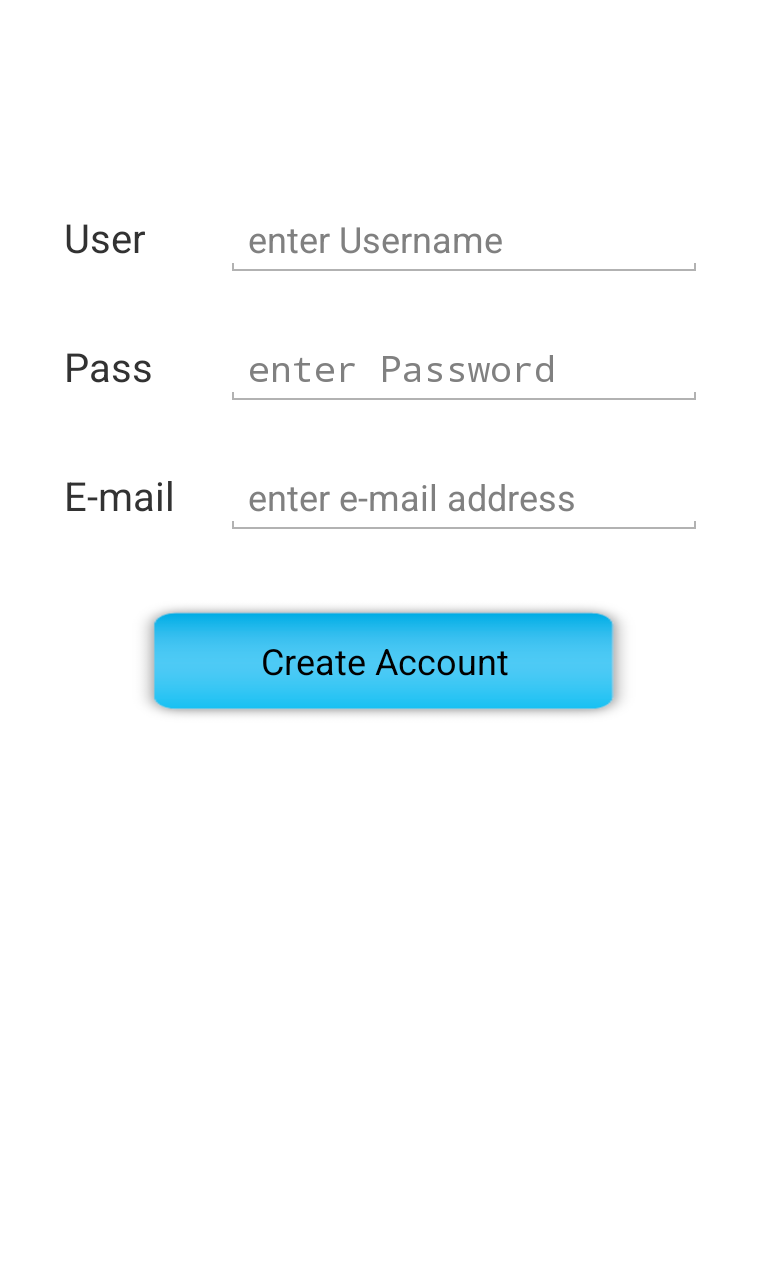
Repository: frebblegameteam/FrebbleApp
Layout: Frebble/res/layout/activity_sign_up.xml
An editor plug-in stored every save of this project. The layout is shown before and after the next save, followed by the edit.
It is drawn on a 768 x 1280 px phone screen (xhdpi) without system bars, with theme FrebbleABTheme; the app's code is not run.

Above is the layout before, as saved 2014-10-08 14:20:30.

### Frebble/res/layout/activity_sign_up.xml
<RelativeLayout
     xmlns:android="http://schemas.android.com/apk/res/android"
    xmlns:tools="http://schemas.android.com/tools"
    android:layout_width="match_parent"
    android:layout_height="match_parent">

    <RelativeLayout
        android:layout_width="wrap_content"
        android:layout_height="wrap_content"
        android:paddingLeft="@dimen/activity_horizontal_margin"
        android:paddingRight="@dimen/activity_horizontal_margin"
        tools:context="com.hollandhaptics.frebble.SignUpActivity" >

	<LinearLayout
        android:id="@+id/L00"
        android:layout_width="match_parent"
        android:layout_height="wrap_content"
        android:layout_marginTop="100dp"
        android:orientation="horizontal">

        <TextView android:layout_width="0dp"
       		android:layout_weight="1"
        	android:layout_height="wrap_content"
        	android:textSize="20sp"
        	android:text="@string/User"/>

        <EditText android:id="@+id/userField"
    	    android:layout_width="0dp"
        	android:layout_weight="3"
        	android:layout_height="wrap_content"
        	android:hint="@string/userHint"/>
        </LinearLayout>

        <LinearLayout android:id="@+id/L01"
        android:layout_width="match_parent"
        android:layout_height="wrap_content"
        android:layout_below="@id/L00"
        android:layout_marginTop="25dp"
        android:orientation="horizontal">

        <TextView android:layout_width="0dp"
            android:layout_weight="1"
        	android:layout_height="wrap_content"
        	android:textSize="20sp"
        	android:text="@string/Password"/>

        <EditText android:id="@+id/passwordField"
            android:inputType="textPassword"
            android:layout_width="0dp"
        	android:layout_weight="3"
        	android:layout_height="wrap_content"
        	android:hint="@string/passwordHint"/>
        </LinearLayout>

        <LinearLayout android:id="@+id/L02"
        android:layout_width="match_parent"
        android:layout_height="wrap_content"
        android:layout_below="@id/L01"
        android:layout_marginTop="25dp"
        android:orientation="horizontal">

        <TextView android:layout_width="0dp"
            android:layout_weight="1"
        	android:layout_height="wrap_content"
        	android:textSize="20sp"
        	android:text="@string/Email"/>

        <EditText android:id="@+id/emailField"
            android:inputType="textEmailAddress"
            android:layout_width="0dp"
        	android:layout_weight="3"
        	android:layout_height="wrap_content"
        	android:hint="@string/emailHint"/>
        </LinearLayout>

        <Button
            android:id="@+id/createAccButton"
            android:layout_width="256dp"
            android:layout_height="64dp"
            android:layout_below="@id/L02"
            android:layout_centerHorizontal="true"
            android:layout_marginTop="30dp"
            android:background="@drawable/button"
            android:text="@string/createAccText" />

	</RelativeLayout>

</RelativeLayout>

### Frebble/res/values/styles.xml
<resources xmlns:android="http://schemas.android.com/apk/res/android">

    <!--
        Base application theme, dependent on API level. This theme is replaced
        by AppBaseTheme from res/values-vXX/styles.xml on newer devices.
    -->
    <style name="AppBaseTheme" parent="Theme.AppCompat.Light">
        <!--
            Theme customizations available in newer API levels can go in
            res/values-vXX/styles.xml, while customizations related to
            backward-compatibility can go here.
        -->
    </style>

    <!-- Application theme. -->
    <style name="AppTheme" parent="AppBaseTheme">
        <!-- All customizations that are NOT specific to a particular API-level can go here. -->
    </style>

    <style name="FrebbleABTheme"
        parent="@android:style/Theme.Holo.Light.DarkActionBar">
        <item name="android:actionBarStyle">@style/frebbleABStyle</item>
    </style>

    <style name="frebbleABStyle"
        parent="@android:style/Widget.Holo.Light.ActionBar.Solid.Inverse">
        <item name="android:background">@drawable/balk</item>

    </style>


</resources>

### Frebble/res/values/strings.xml
<?xml version="1.0" encoding="utf-8"?>
<resources>


    <string name="action_settings">Settings</string>
    <string name="User">User</string>
    <string name="userHint">enter Username</string>
    <string name="Password">Pass</string>
    <string name="passwordHint">enter Password</string>
    <string name="loginText">Log in</string>
    <string name="noAccount">No account?</string>
    <string name="signupText">Sign up</string>
    <string name="title_activity_sign_up">Sign up</string>
    <string name="Email">E-mail</string>
    <string name="emailHint">enter e-mail address</string>
    <string name="createAccText">Create Account</string>
    <string name="title_activity_settings">Settings</string>
    <string name="connectInfo">Enter partner\'s ID or e-mail</string>
    <string name="connectHint">ID or e-mail</string>
    <string name="OK">OK</string>
    <string name="Logout">Log out</string>
    <string name="Cancel">Cancel</string>
    <string name="title_activity_connect">Connect</string>
    <string name="placeholderSettings">Settings</string>
    <string name="placeholderConnect">Connect</string>
    <string name="title_activity_home">Frebble</string>
    <string name="homeInfo">tap "connect" button to start connecting</string>
    <string name="title_activity_notification_handler">NotificationHandler</string>
    <string name="hello_world">Hello world!</string>

</resources>

Loaded but not shown: Frebble/res/values-w820dp/dimens.xml (common file); Frebble/res/values/dimens.xml (common file)

After the next save:
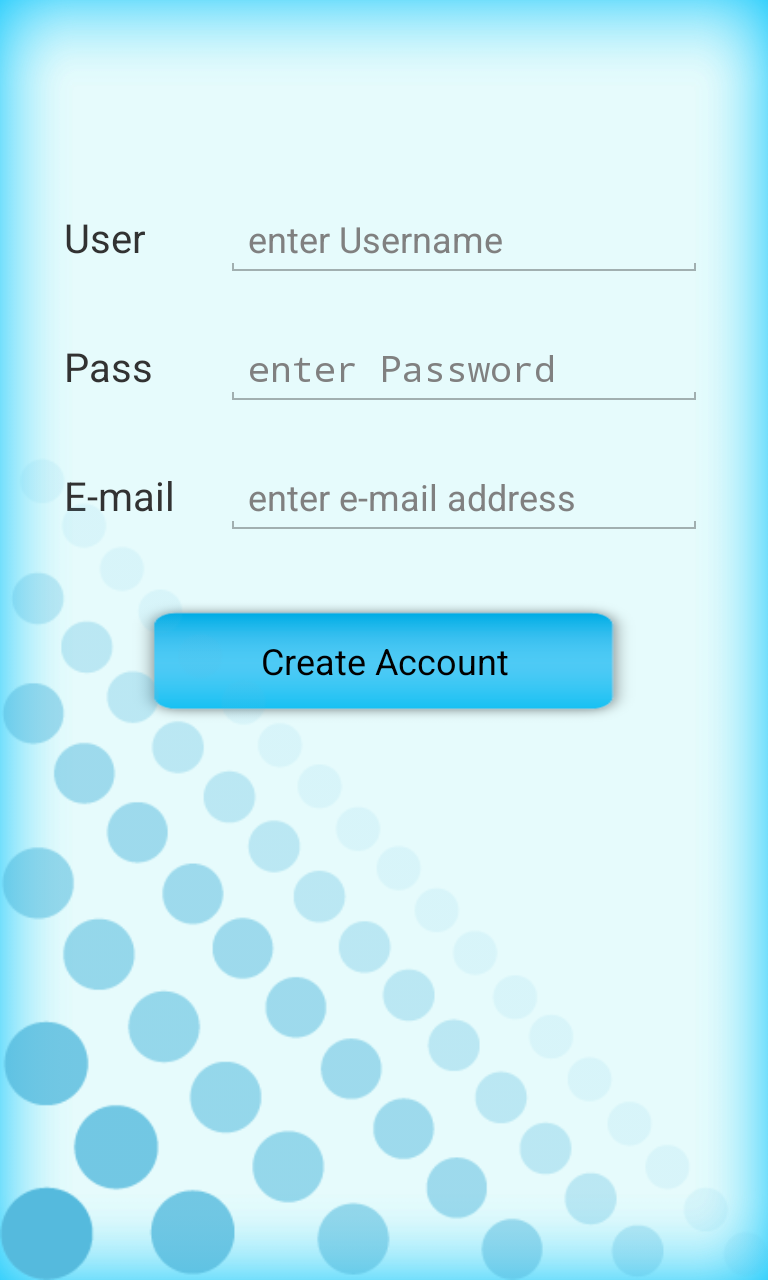
Saved 7 min 55 s later.
--- a/Frebble/res/layout/activity_sign_up.xml
+++ b/Frebble/res/layout/activity_sign_up.xml
@@ -1,8 +1,8 @@
-<RelativeLayout
-     xmlns:android="http://schemas.android.com/apk/res/android"
+<RelativeLayout xmlns:android="http://schemas.android.com/apk/res/android"
     xmlns:tools="http://schemas.android.com/tools"
     android:layout_width="match_parent"
-    android:layout_height="match_parent">
+    android:layout_height="match_parent"
+    android:background="@drawable/background" >
 
     <RelativeLayout
         android:layout_width="wrap_content"
@@ -85,4 +85,13 @@
 
 	</RelativeLayout>
 
+    <ImageView
+        android:id="@+id/imageView1"
+        android:layout_width="wrap_content"
+        android:layout_height="wrap_content"
+        android:layout_alignParentBottom="true"
+        android:layout_alignParentLeft="true"
+        android:adjustViewBounds="true"
+        android:src="@drawable/balletjes" />
+
 </RelativeLayout>
